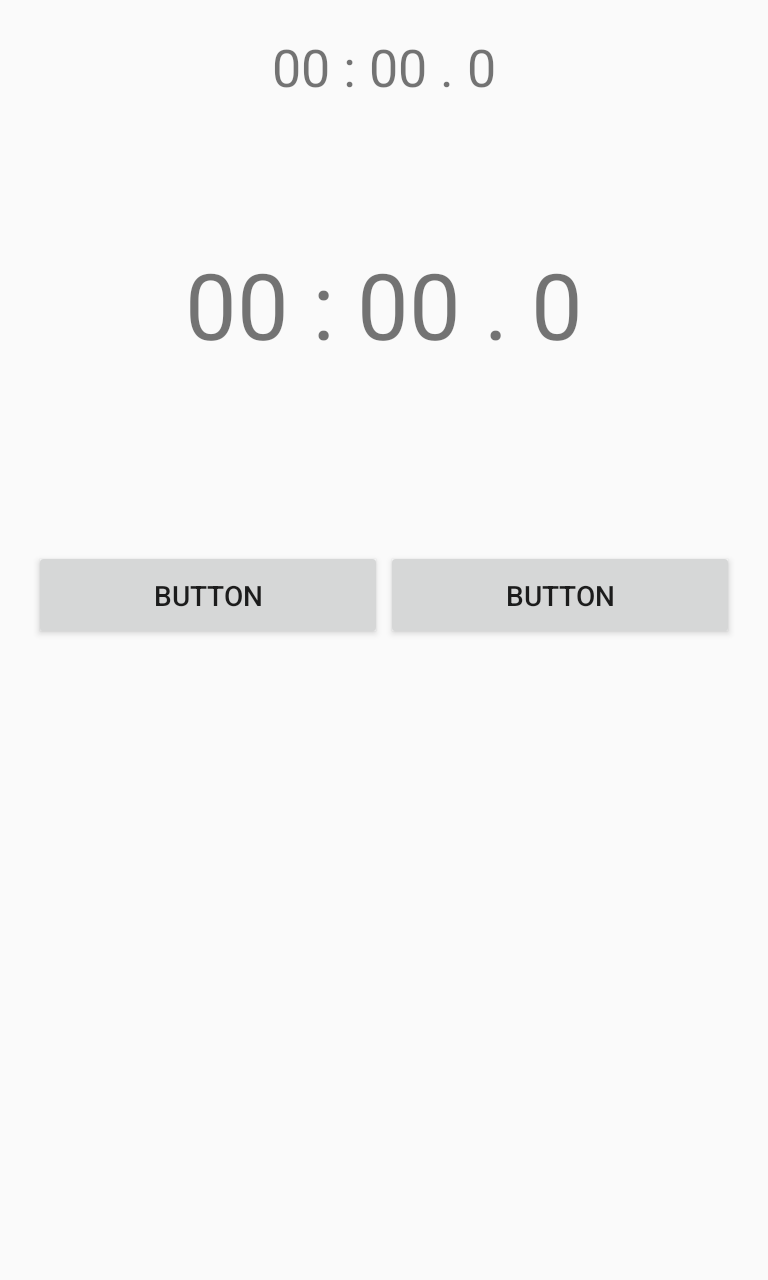
Repository: GitDidNotExitCleanly/AndroidTimer
Layout: StopWatch/res/layout/activity_main.xml
These files come from the project's save history. The layout is drawn as it stood at one moment and after the next save; the edit follows.
It is drawn on a 768 x 1280 px phone screen (xhdpi) without system bars, with theme AppTheme; the app's code is not run. Lists and similar views that code fills are empty.

Above is the layout before, as saved 2015-03-04 23:12:59.

### StopWatch/res/layout/activity_main.xml
<LinearLayout xmlns:android="http://schemas.android.com/apk/res/android"
    xmlns:tools="http://schemas.android.com/tools"
    android:id="@+id/LinearLayout1"
    android:layout_width="fill_parent"
    android:layout_height="fill_parent"
    android:gravity="center_horizontal"
    android:orientation="vertical"
    android:paddingBottom="@dimen/activity_vertical_margin"
    android:paddingLeft="@dimen/activity_horizontal_margin"
    android:paddingRight="@dimen/activity_horizontal_margin"
    android:paddingTop="@dimen/activity_vertical_margin"
    tools:context="com.app.stopwatch.MainActivity" >

    <LinearLayout
        android:layout_width="fill_parent"
        android:layout_height="wrap_content"
        android:layout_weight="1"
        android:gravity="center"
        android:orientation="vertical" >

        <TextView
            android:id="@+id/textView1"
            android:layout_width="wrap_content"
            android:layout_height="wrap_content"
            android:layout_weight="1"
            android:text="00 : 00 . 0"
            android:textSize="@dimen/stopwatch_small_time" />

        <TextView
            android:id="@+id/textView2"
            android:layout_width="wrap_content"
            android:layout_height="wrap_content"
            android:layout_weight="1.3"
            android:text="00 : 00 . 0"
            android:textSize="@dimen/stopwatch_large_time" />

        <LinearLayout
            android:id="@+id/LinearLayout2"
            android:layout_width="match_parent"
            android:layout_height="wrap_content"
            android:layout_weight="1"
            android:orientation="horizontal" >

            <Button
                android:id="@+id/button1"
                android:layout_width="wrap_content"
                android:layout_height="wrap_content"
                android:layout_weight="1"
                android:text="Button" />

            <Button
                android:id="@+id/button2"
                android:layout_width="wrap_content"
                android:layout_height="wrap_content"
                android:layout_weight="1"
                android:text="Button" />
        </LinearLayout>
    </LinearLayout>

    <ListView
        android:id="@+id/listView1"
        android:layout_width="fill_parent"
        android:layout_height="wrap_content"
        android:layout_weight="1" >
    </ListView>

</LinearLayout>

### StopWatch/res/values/dimens.xml
<resources>

    <!-- Default screen margins, per the Android Design guidelines. -->
    <dimen name="activity_horizontal_margin">16dp</dimen>
    <dimen name="activity_vertical_margin">16dp</dimen>
    <dimen name="stopwatch_small_time">26sp</dimen>
    <dimen name="stopwatch_large_time">46sp</dimen>

</resources>

Loaded but not shown: StopWatch/res/values/styles.xml (common file); StopWatch/res/values-v11/styles.xml (common file); StopWatch/res/values-v14/styles.xml (common file); StopWatch/res/values-w820dp/dimens.xml (common file)

After the next save:
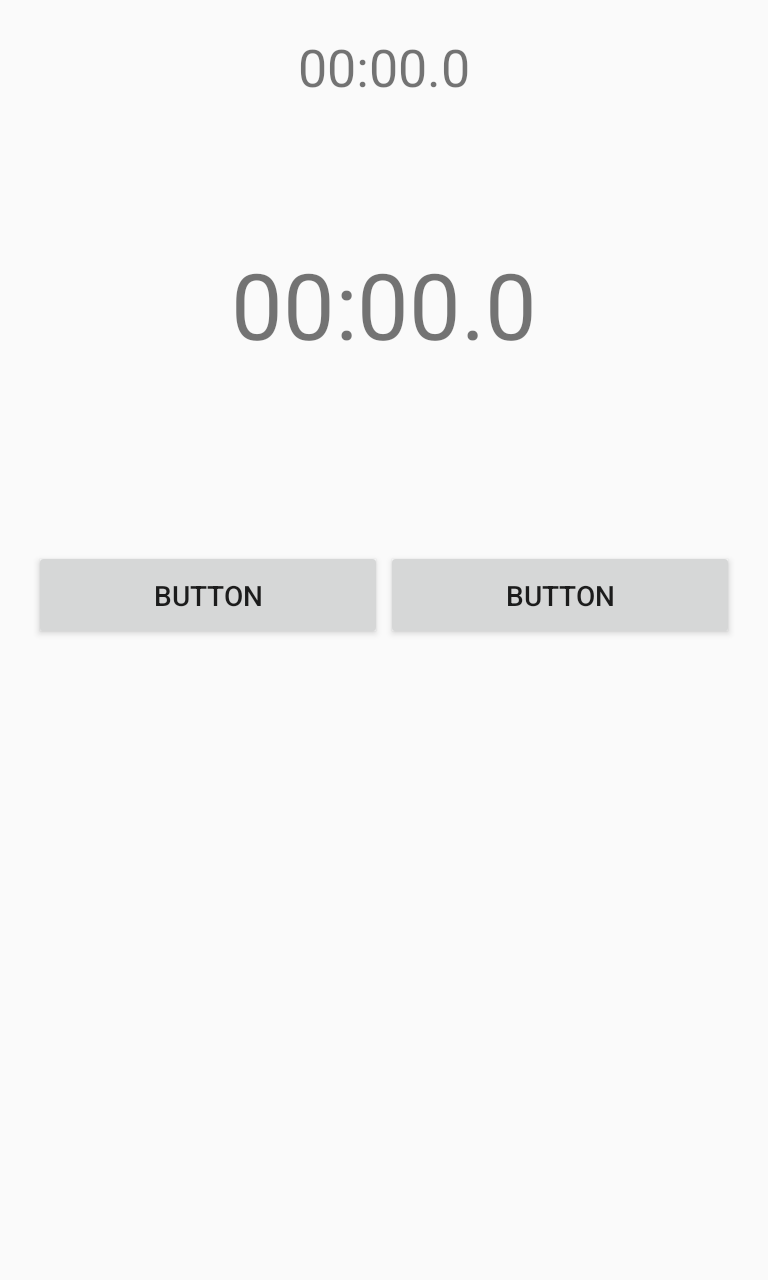
Saved 44 s later.
--- a/StopWatch/res/layout/activity_main.xml
+++ b/StopWatch/res/layout/activity_main.xml
@@ -23,7 +23,7 @@
             android:layout_width="wrap_content"
             android:layout_height="wrap_content"
             android:layout_weight="1"
-            android:text="00 : 00 . 0"
+            android:text="00:00.0"
             android:textSize="@dimen/stopwatch_small_time" />
 
         <TextView
@@ -31,7 +31,7 @@
             android:layout_width="wrap_content"
             android:layout_height="wrap_content"
             android:layout_weight="1.3"
-            android:text="00 : 00 . 0"
+            android:text="00:00.0"
             android:textSize="@dimen/stopwatch_large_time" />
 
         <LinearLayout
